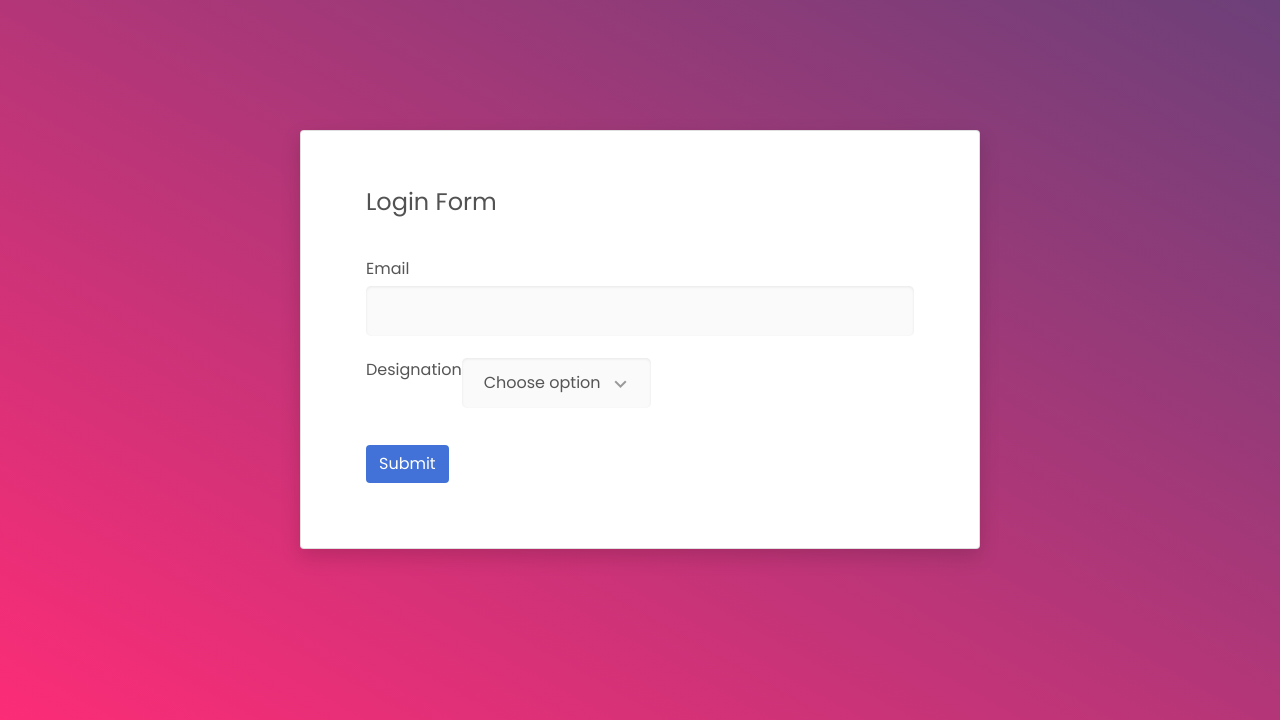
Repository: AbdulRehman0/registration
Page: http://localhost/login.php
An editor plug-in stored every save of this project. The page is shown before and after the next save, followed by the edit.
The browser window is 1280 px wide. The pictures show the whole page.
The page is run by PHP 8.4 with error messages shown; the project is at /var/www/html/. Other server files are loaded and not shown.

Above is the page before, as saved 2021-01-05 15:21:25.

### login.php
<?php
include "./templates/header.php";
?>
<body>
    <div class="page-wrapper bg-gra-02 p-t-130 p-b-100 font-poppins">
        <div class="wrapper wrapper--w680">
            <div class="card card-4">
                <div class="card-body">
                    <h2 class="title">Login Form</h2>
                    <form method="POST">


                        <div class="row row-space">
                            <div class="col-md-12">
                                <div class="input-group">
                                    <label class="label">Email</label>
                                    <input class="input--style-4" type="email" name="email">
                                </div>
                            </div>
                        </div>
                        <div>
                        <div class="input-group">
                            <label class="label">Designation</label>
                            <div class="rs-select2 js-select-simple select--no-search">
                                <select name="subject">
                                    <option disabled="disabled" selected="selected">Choose option</option>
                                    <option value="1">Admin</option>
                                    <option value="2">Editor</option>
                                </select>
                                <div class="select-dropdown"></div>
                            </div>
                        </div>
                        </div>

                        <div class="p-t-15">
                            <button class="btn btn--radius-2 btn--blue" type="submit">Submit</button>
                        </div>
                    </form>
                </div>
            </div>
        </div>
    </div>

</body><!-- This templates was made by Colorlib (https://colorlib.com) -->

<?php
include "./templates/footer.php";
?>

### templates/header.php
<!DOCTYPE html>
<html lang="en">

<head>
    <!-- Required meta tags-->
    <meta charset="UTF-8">
    <meta name="viewport" content="width=device-width, initial-scale=1, shrink-to-fit=no">
    <meta name="description" content="Colorlib Templates">
    <meta name="author" content="Colorlib">
    <meta name="keywords" content="Colorlib Templates">

    <!-- Title Page-->
    <title>Au Register Forms by Colorlib</title>

    <!-- Icons font CSS-->
    <link href="vendor/mdi-font/css/material-design-iconic-font.min.css" rel="stylesheet" media="all">
    <link href="vendor/font-awesome-4.7/css/font-awesome.min.css" rel="stylesheet" media="all">
    <!-- Font special for pages-->
    <link href="https://fonts.googleapis.com/css?family=Poppins:100,100i,200,200i,300,300i,400,400i,500,500i,600,600i,700,700i,800,800i,900,900i" rel="stylesheet">

    <!-- Vendor CSS-->
    <link href="vendor/select2/select2.min.css" rel="stylesheet" media="all">
    <link href="vendor/datepicker/daterangepicker.css" rel="stylesheet" media="all">

    <!-- Main CSS-->
    <link href="./assets/css/app.css" rel="stylesheet" media="all">
    <link rel="stylesheet" href="https://maxcdn.bootstrapcdn.com/bootstrap/4.0.0/css/bootstrap.min.css" integrity="sha384-Gn5384xqQ1aoWXA+058RXPxPg6fy4IWvTNh0E263XmFcJlSAwiGgFAW/dAiS6JXm" crossorigin="anonymous">
</head>

### templates/footer.php

</html>
<!-- end document-->
<!-- Jquery JS-->
<script src="vendor/jquery/jquery.min.js"></script>
    <!-- Vendor JS-->
    <script src="vendor/select2/select2.min.js"></script>
    <script src="vendor/datepicker/moment.min.js"></script>
    <script src="vendor/datepicker/daterangepicker.js"></script>

    <!-- Main JS-->
    <script src="./assets/js/app.js"></script>

### assets/css/app.css

/* ==========================================================================
   #FONT
   ========================================================================== */
   .font-robo {
    font-family: "Roboto", "Arial", "Helvetica Neue", sans-serif;
  }

  .font-poppins {
    font-family: "Poppins", "Arial", "Helvetica Neue", sans-serif;
  }

  /* ==========================================================================
     #GRID
     ========================================================================== */
  .row {
    display: -webkit-box;
    display: -webkit-flex;
    display: -moz-box;
    display: -ms-flexbox;
    display: flex;
    -webkit-flex-wrap: wrap;
    -ms-flex-wrap: wrap;
    flex-wrap: wrap;
  }

  .row-space {
    -webkit-box-pack: justify;
    -webkit-justify-content: space-between;
    -moz-box-pack: justify;
    -ms-flex-pack: justify;
    justify-content: space-between;
  }

  .col-2 {
    width: -webkit-calc((100% - 30px) / 2);
    width: -moz-calc((100% - 30px) / 2);
    width: calc((100% - 30px) / 2);
  }

  @media (max-width: 767px) {
    .col-2 {
      width: 100%;
    }
  }

  /* ==========================================================================
     #BOX-SIZING
     ========================================================================== */
  /**
   * More sensible default box-sizing:
   * css-tricks.com/inheriting-box-sizing-probably-slightly-better-best-practice
   */
  html {
    -webkit-box-sizing: border-box;
    -moz-box-sizing: border-box;
    box-sizing: border-box;
  }

  * {
    padding: 0;
    margin: 0;
  }

  *, *:before, *:after {
    -webkit-box-sizing: inherit;
    -moz-box-sizing: inherit;
    box-sizing: inherit;
  }

  /* ==========================================================================
     #RESET
     ========================================================================== */
  /**
   * A very simple reset that sits on top of Normalize.css.
   */
  body,
  h1, h2, h3, h4, h5, h6,
  blockquote, p, pre,
  dl, dd, ol, ul,
  figure,
  hr,
  fieldset, legend {
    margin: 0;
    padding: 0;
  }

  /**
   * Remove trailing margins from nested lists.
   */
  li > ol,
  li > ul {
    margin-bottom: 0;
  }

  /**
   * Remove default table spacing.
   */
  table {
    border-collapse: collapse;
    border-spacing: 0;
  }

  /**
   * 1. Reset Chrome and Firefox behaviour which sets a `min-width: min-content;`
   *    on fieldsets.
   */
  fieldset {
    min-width: 0;
    /* [1] */
    border: 0;
  }

  button {
    outline: none;
    background: none;
    border: none;
  }

  /* ==========================================================================
     #PAGE WRAPPER
     ========================================================================== */
  .page-wrapper {
    min-height: 100vh;
  }

  body {
    font-family: "Poppins", "Arial", "Helvetica Neue", sans-serif;
    font-weight: 400;
    font-size: 14px;
  }

  h1, h2, h3, h4, h5, h6 {
    font-weight: 400;
  }

  h1 {
    font-size: 36px;
  }

  h2 {
    font-size: 30px;
  }

  h3 {
    font-size: 24px;
  }

  h4 {
    font-size: 18px;
  }

  h5 {
    font-size: 15px;
  }

  h6 {
    font-size: 13px;
  }

  /* ==========================================================================
     #BACKGROUND
     ========================================================================== */
  .bg-blue {
    background: #2c6ed5;
  }

  .bg-red {
    background: #fa4251;
  }

  .bg-gra-01 {
    background: -webkit-gradient(linear, left bottom, left top, from(#fbc2eb), to(#a18cd1));
    background: -webkit-linear-gradient(bottom, #fbc2eb 0%, #a18cd1 100%);
    background: -moz-linear-gradient(bottom, #fbc2eb 0%, #a18cd1 100%);
    background: -o-linear-gradient(bottom, #fbc2eb 0%, #a18cd1 100%);
    background: linear-gradient(to top, #fbc2eb 0%, #a18cd1 100%);
  }

  .bg-gra-02 {
    background: -webkit-gradient(linear, left bottom, right top, from(#fc2c77), to(#6c4079));
    background: -webkit-linear-gradient(bottom left, #fc2c77 0%, #6c4079 100%);
    background: -moz-linear-gradient(bottom left, #fc2c77 0%, #6c4079 100%);
    background: -o-linear-gradient(bottom left, #fc2c77 0%, #6c4079 100%);
    background: linear-gradient(to top right, #fc2c77 0%, #6c4079 100%);
  }

  /* ==========================================================================
     #SPACING
     ========================================================================== */
  .p-t-100 {
    padding-top: 100px;
  }

  .p-t-130 {
    padding-top: 130px;
  }

  .p-t-180 {
    padding-top: 180px;
  }

  .p-t-20 {
    padding-top: 20px;
  }

  .p-t-15 {
    padding-top: 15px;
  }

  .p-t-10 {
    padding-top: 10px;
  }

  .p-t-30 {
    padding-top: 30px;
  }

  .p-b-100 {
    padding-bottom: 100px;
  }

  .m-r-45 {
    margin-right: 45px;
  }

  /* ==========================================================================
     #WRAPPER
     ========================================================================== */
  .wrapper {
    margin: 0 auto;
  }

  .wrapper--w960 {
    max-width: 960px;
  }

  .wrapper--w780 {
    max-width: 780px;
  }

  .wrapper--w680 {
    max-width: 680px;
  }

  /* ==========================================================================
     #BUTTON
     ========================================================================== */
  .btn {
    display: inline-block;
    line-height: 50px;
    padding: 0 50px;
    -webkit-transition: all 0.4s ease;
    -o-transition: all 0.4s ease;
    -moz-transition: all 0.4s ease;
    transition: all 0.4s ease;
    cursor: pointer;
    font-size: 18px;
    color: #fff;
    font-family: "Poppins", "Arial", "Helvetica Neue", sans-serif;
  }

  .btn--radius {
    -webkit-border-radius: 3px;
    -moz-border-radius: 3px;
    border-radius: 3px;
  }

  .btn--radius-2 {
    -webkit-border-radius: 5px;
    -moz-border-radius: 5px;
    border-radius: 5px;
  }

  .btn--pill {
    -webkit-border-radius: 20px;
    -moz-border-radius: 20px;
    border-radius: 20px;
  }

  .btn--green {
    background: #57b846;
  }

  .btn--green:hover {
    background: #4dae3c;
  }

  .btn--blue {
    background: #4272d7;
  }

  .btn--blue:hover {
    background: #3868cd;
  }

  /* ==========================================================================
     #DATE PICKER
     ========================================================================== */
  td.active {
    background-color: #2c6ed5;
  }

  input[type="date" i] {
    padding: 14px;
  }

  .table-condensed td, .table-condensed th {
    font-size: 14px;
    font-family: "Roboto", "Arial", "Helvetica Neue", sans-serif;
    font-weight: 400;
  }

  .daterangepicker td {
    width: 40px;
    height: 30px;
  }

  .daterangepicker {
    border: none;
    -webkit-box-shadow: 0px 8px 20px 0px rgba(0, 0, 0, 0.15);
    -moz-box-shadow: 0px 8px 20px 0px rgba(0, 0, 0, 0.15);
    box-shadow: 0px 8px 20px 0px rgba(0, 0, 0, 0.15);
    display: none;
    border: 1px solid #e0e0e0;
    margin-top: 5px;
  }

  .daterangepicker::after, .daterangepicker::before {
    display: none;
  }

  .daterangepicker thead tr th {
    padding: 10px 0;
  }

  .daterangepicker .table-condensed th select {
    border: 1px solid #ccc;
    -webkit-border-radius: 3px;
    -moz-border-radius: 3px;
    border-radius: 3px;
    font-size: 14px;
    padding: 5px;
    outline: none;
  }

  /* ==========================================================================
     #FORM
     ========================================================================== */
  input {
    outline: none;
    margin: 0;
    border: none;
    -webkit-box-shadow: none;
    -moz-box-shadow: none;
    box-shadow: none;
    width: 100%;
    font-size: 14px;
    font-family: inherit;
  }

  .input--style-4 {
    line-height: 50px;
    background: #fafafa;
    -webkit-box-shadow: inset 0px 1px 3px 0px rgba(0, 0, 0, 0.08);
    -moz-box-shadow: inset 0px 1px 3px 0px rgba(0, 0, 0, 0.08);
    box-shadow: inset 0px 1px 3px 0px rgba(0, 0, 0, 0.08);
    -webkit-border-radius: 5px;
    -moz-border-radius: 5px;
    border-radius: 5px;
    padding: 0 20px;
    font-size: 16px;
    color: #666;
    -webkit-transition: all 0.4s ease;
    -o-transition: all 0.4s ease;
    -moz-transition: all 0.4s ease;
    transition: all 0.4s ease;
  }

  .input--style-4::-webkit-input-placeholder {
    /* WebKit, Blink, Edge */
    color: #666;
  }

  .input--style-4:-moz-placeholder {
    /* Mozilla Firefox 4 to 18 */
    color: #666;
    opacity: 1;
  }

  .input--style-4::-moz-placeholder {
    /* Mozilla Firefox 19+ */
    color: #666;
    opacity: 1;
  }

  .input--style-4:-ms-input-placeholder {
    /* Internet Explorer 10-11 */
    color: #666;
  }

  .input--style-4:-ms-input-placeholder {
    /* Microsoft Edge */
    color: #666;
  }

  .label {
    font-size: 16px;
    color: #555;
    text-transform: capitalize;
    display: block;
    margin-bottom: 5px;
  }

  .radio-container {
    display: inline-block;
    position: relative;
    padding-left: 30px;
    cursor: pointer;
    font-size: 16px;
    color: #666;
    -webkit-user-select: none;
    -moz-user-select: none;
    -ms-user-select: none;
    user-select: none;
  }

  .radio-container input {
    position: absolute;
    opacity: 0;
    cursor: pointer;
  }

  .radio-container input:checked ~ .checkmark {
    background-color: #e5e5e5;
  }

  .radio-container input:checked ~ .checkmark:after {
    display: block;
  }

  .radio-container .checkmark:after {
    top: 50%;
    left: 50%;
    -webkit-transform: translate(-50%, -50%);
    -moz-transform: translate(-50%, -50%);
    -ms-transform: translate(-50%, -50%);
    -o-transform: translate(-50%, -50%);
    transform: translate(-50%, -50%);
    width: 12px;
    height: 12px;
    -webkit-border-radius: 50%;
    -moz-border-radius: 50%;
    border-radius: 50%;
    background: #57b846;
  }

  .checkmark {
    position: absolute;
    top: 50%;
    -webkit-transform: translateY(-50%);
    -moz-transform: translateY(-50%);
    -ms-transform: translateY(-50%);
    -o-transform: translateY(-50%);
    transform: translateY(-50%);
    left: 0;
    height: 20px;
    width: 20px;
    background-color: #e5e5e5;
    -webkit-border-radius: 50%;
    -moz-border-radius: 50%;
    border-radius: 50%;
    -webkit-box-shadow: inset 0px 1px 3px 0px rgba(0, 0, 0, 0.08);
    -moz-box-shadow: inset 0px 1px 3px 0px rgba(0, 0, 0, 0.08);
    box-shadow: inset 0px 1px 3px 0px rgba(0, 0, 0, 0.08);
  }

  .checkmark:after {
    content: "";
    position: absolute;
    display: none;
  }

  .input-group {
    position: relative;
    margin-bottom: 22px;
  }

  .input-group-icon {
    position: relative;
  }

  .input-icon {
    position: absolute;
    font-size: 18px;
    color: #999;
    right: 18px;
    top: 50%;
    -webkit-transform: translateY(-50%);
    -moz-transform: translateY(-50%);
    -ms-transform: translateY(-50%);
    -o-transform: translateY(-50%);
    transform: translateY(-50%);
    cursor: pointer;
  }

  /* ==========================================================================
     #SELECT2
     ========================================================================== */
  .select--no-search .select2-search {
    display: none !important;
  }

  .rs-select2 .select2-container {
    width: 100% !important;
    outline: none;
    background: #fafafa;
    -webkit-box-shadow: inset 0px 1px 3px 0px rgba(0, 0, 0, 0.08);
    -moz-box-shadow: inset 0px 1px 3px 0px rgba(0, 0, 0, 0.08);
    box-shadow: inset 0px 1px 3px 0px rgba(0, 0, 0, 0.08);
    -webkit-border-radius: 5px;
    -moz-border-radius: 5px;
    border-radius: 5px;
  }

  .rs-select2 .select2-container .select2-selection--single {
    outline: none;
    border: none;
    height: 50px;
    background: transparent;
  }

  .rs-select2 .select2-container .select2-selection--single .select2-selection__rendered {
    line-height: 50px;
    padding-left: 0;
    color: #555;
    font-size: 16px;
    font-family: inherit;
    padding-left: 22px;
    padding-right: 50px;
  }

  .rs-select2 .select2-container .select2-selection--single .select2-selection__arrow {
    height: 50px;
    right: 20px;
    display: -webkit-box;
    display: -webkit-flex;
    display: -moz-box;
    display: -ms-flexbox;
    display: flex;
    -webkit-box-pack: center;
    -webkit-justify-content: center;
    -moz-box-pack: center;
    -ms-flex-pack: center;
    justify-content: center;
    -webkit-box-align: center;
    -webkit-align-items: center;
    -moz-box-align: center;
    -ms-flex-align: center;
    align-items: center;
  }

  .rs-select2 .select2-container .select2-selection--single .select2-selection__arrow b {
    display: none;
  }

  .rs-select2 .select2-container .select2-selection--single .select2-selection__arrow:after {
    font-family: "Material-Design-Iconic-Font";
    content: '\f2f9';
    font-size: 24px;
    color: #999;
    -webkit-transition: all 0.4s ease;
    -o-transition: all 0.4s ease;
    -moz-transition: all 0.4s ease;
    transition: all 0.4s ease;
  }

  .rs-select2 .select2-container.select2-container--open .select2-selection--single .select2-selection__arrow::after {
    -webkit-transform: rotate(-180deg);
    -moz-transform: rotate(-180deg);
    -ms-transform: rotate(-180deg);
    -o-transform: rotate(-180deg);
    transform: rotate(-180deg);
  }

  .select2-container--open .select2-dropdown--below {
    border: none;
    -webkit-border-radius: 3px;
    -moz-border-radius: 3px;
    border-radius: 3px;
    -webkit-box-shadow: 0px 8px 20px 0px rgba(0, 0, 0, 0.15);
    -moz-box-shadow: 0px 8px 20px 0px rgba(0, 0, 0, 0.15);
    box-shadow: 0px 8px 20px 0px rgba(0, 0, 0, 0.15);
    border: 1px solid #e0e0e0;
    margin-top: 5px;
    overflow: hidden;
  }

  .select2-container--default .select2-results__option {
    padding-left: 22px;
  }

  /* ==========================================================================
     #TITLE
     ========================================================================== */
  .title {
    font-size: 24px;
    color: #525252;
    font-weight: 400;
    margin-bottom: 40px;
  }

  /* ==========================================================================
     #CARD
     ========================================================================== */
  .card {
    -webkit-border-radius: 3px;
    -moz-border-radius: 3px;
    border-radius: 3px;
    background: #fff;
  }

  .card-4 {
    background: #fff;
    -webkit-border-radius: 10px;
    -moz-border-radius: 10px;
    border-radius: 10px;
    -webkit-box-shadow: 0px 8px 20px 0px rgba(0, 0, 0, 0.15);
    -moz-box-shadow: 0px 8px 20px 0px rgba(0, 0, 0, 0.15);
    box-shadow: 0px 8px 20px 0px rgba(0, 0, 0, 0.15);
  }

  .card-4 .card-body {
    padding: 57px 65px;
    padding-bottom: 65px;
  }

  @media (max-width: 767px) {
    .card-4 .card-body {
      padding: 50px 40px;
    }
  }

### assets/js/app.js
(function ($) {
  'use strict';
  /*==================================================================
      [ Daterangepicker ]*/
  try {
      $('.js-datepicker').daterangepicker({
          "singleDatePicker": true,
          "showDropdowns": true,
          "autoUpdateInput": false,
          locale: {
              format: 'DD/MM/YYYY'
          },
      });

      var myCalendar = $('.js-datepicker');
      var isClick = 0;

      $(window).on('click',function(){
          isClick = 0;
      });

      $(myCalendar).on('apply.daterangepicker',function(ev, picker){
          isClick = 0;
          $(this).val(picker.startDate.format('DD/MM/YYYY'));

      });

      $('.js-btn-calendar').on('click',function(e){
          e.stopPropagation();

          if(isClick === 1) isClick = 0;
          else if(isClick === 0) isClick = 1;

          if (isClick === 1) {
              myCalendar.focus();
          }
      });

      $(myCalendar).on('click',function(e){
          e.stopPropagation();
          isClick = 1;
      });

      $('.daterangepicker').on('click',function(e){
          e.stopPropagation();
      });


  } catch(er) {console.log(er);}
  /*[ Select 2 Config ]
      ===========================================================*/

  try {
      var selectSimple = $('.js-select-simple');

      selectSimple.each(function () {
          var that = $(this);
          var selectBox = that.find('select');
          var selectDropdown = that.find('.select-dropdown');
          selectBox.select2({
              dropdownParent: selectDropdown
          });
      });

  } catch (err) {
      console.log(err);
  }


})(jQuery);

After the next save:
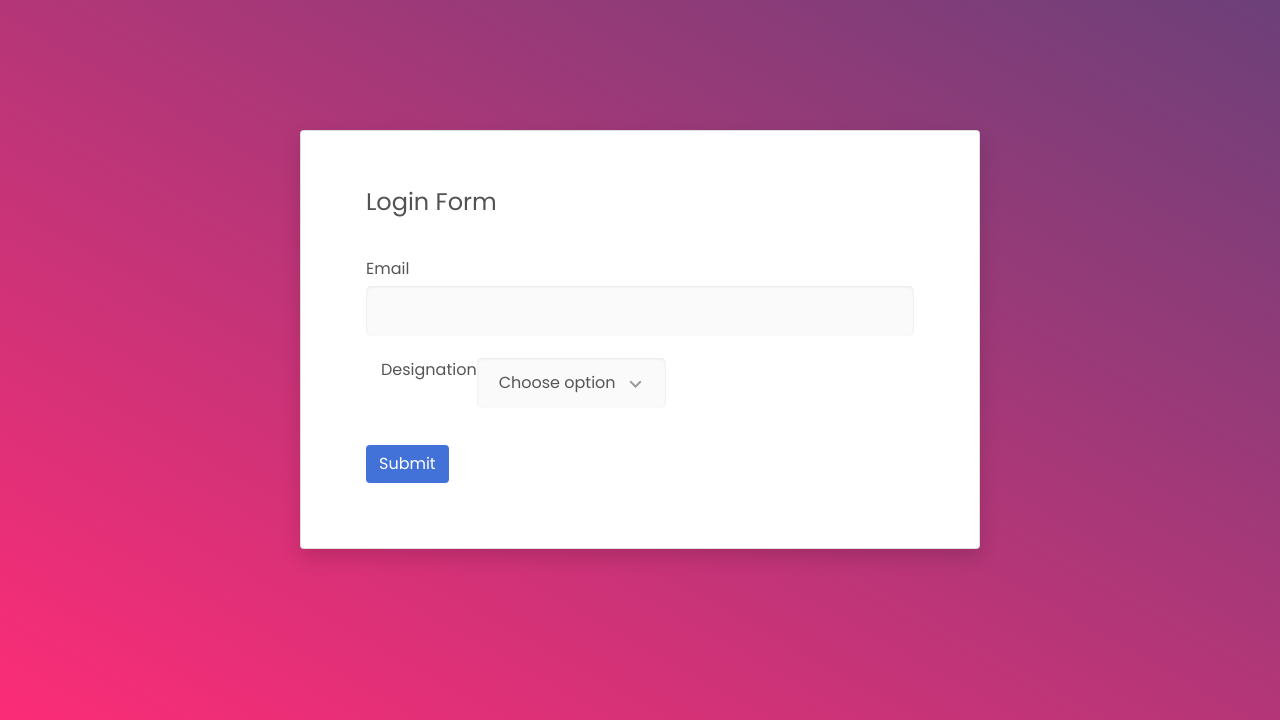
Saved 36 s later.
--- a/login.php
+++ b/login.php
@@ -18,7 +18,7 @@
                                 </div>
                             </div>
                         </div>
-                        <div>
+                        <div class="col-md-12">
                         <div class="input-group">
                             <label class="label">Designation</label>
                             <div class="rs-select2 js-select-simple select--no-search">

After the save that followed:
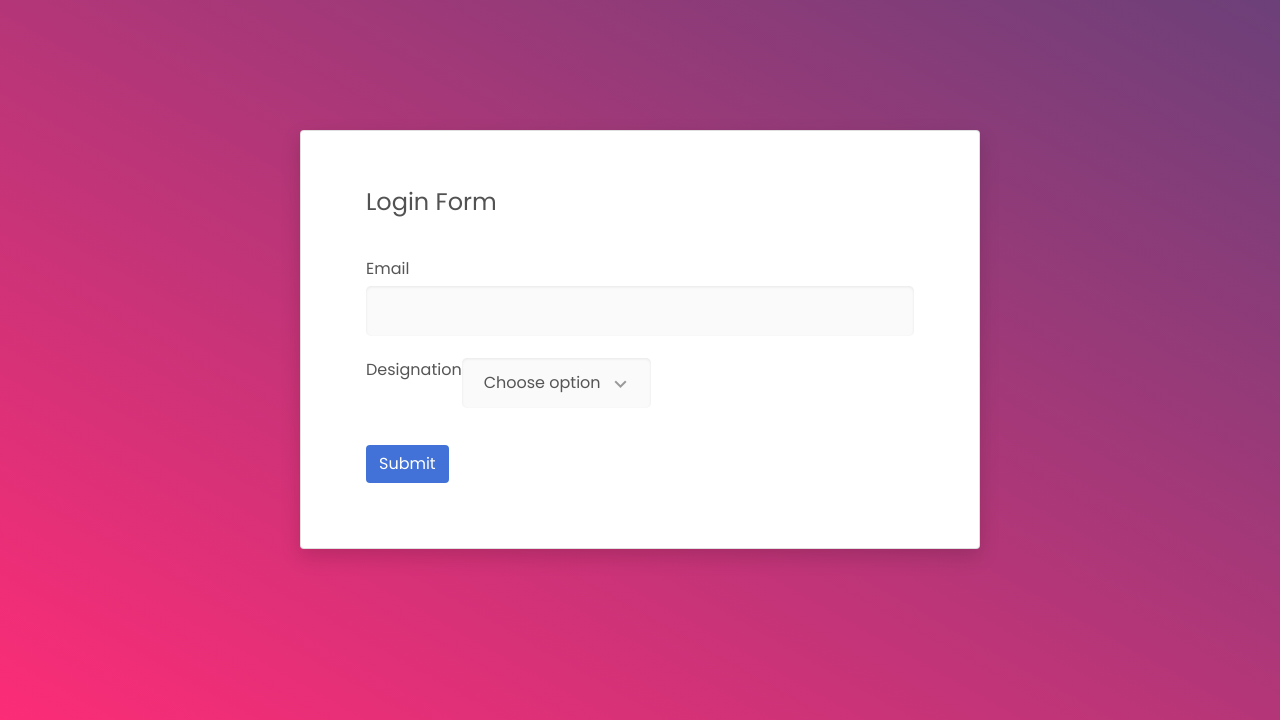
Saved 21 s later.
--- a/login.php
+++ b/login.php
@@ -17,7 +17,7 @@
                                     <input class="input--style-4" type="email" name="email">
                                 </div>
                             </div>
-                        </div>
+
                         <div class="col-md-12">
                         <div class="input-group">
                             <label class="label">Designation</label>
@@ -29,6 +29,7 @@
                                 </select>
                                 <div class="select-dropdown"></div>
                             </div>
+                        </div>
                         </div>
                         </div>
 
